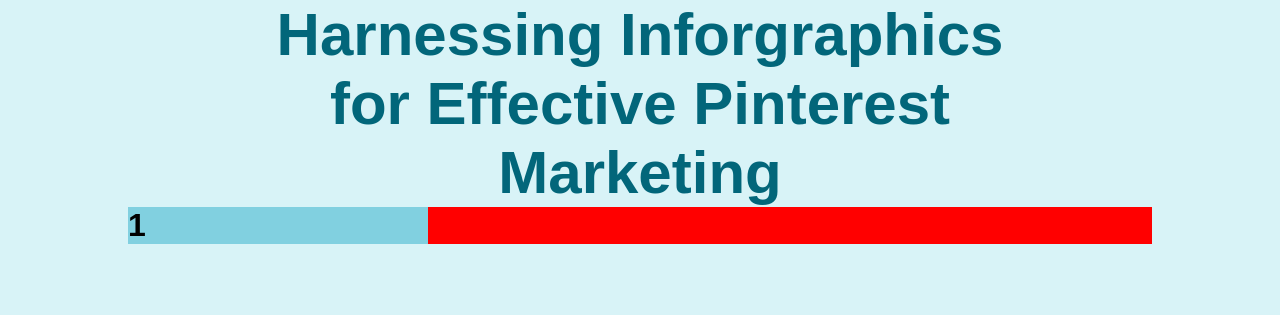
Repository: ayushrajput545/InforGraphic-page
Page: index.html
These files come from the project's save history. The page is drawn as it stood at one moment and after the next save; the edit follows.
The browser window is 1280 px wide. The pictures show the whole page.
Some web fonts or font styles are not loaded; a fallback is used.

Above is the page before, as saved 2025-04-01 21:43:36.

After the next save:
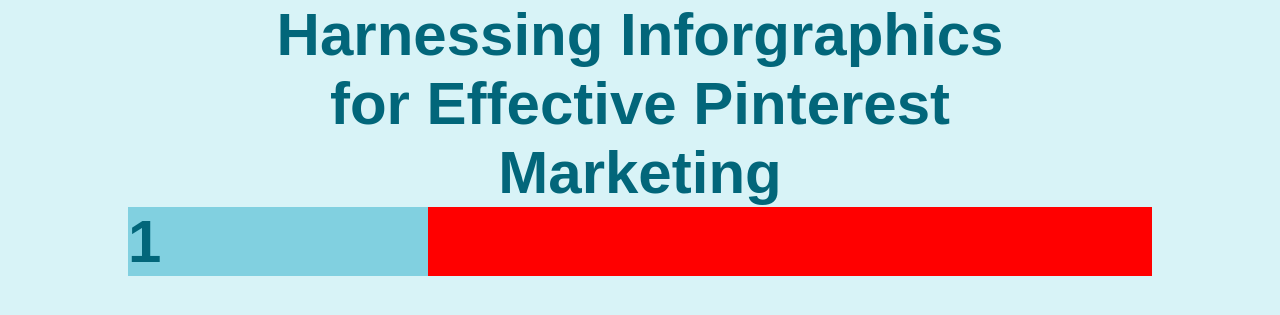
Saved 31 s later.
--- a/style.css
+++ b/style.css
@@ -32,5 +32,8 @@
 
 .steps{
     font-family: "Protest Riot", sans-serif;
+    font-size: 60px;
+    font-weight: bold;
+    color: #02667a;
 
 }
